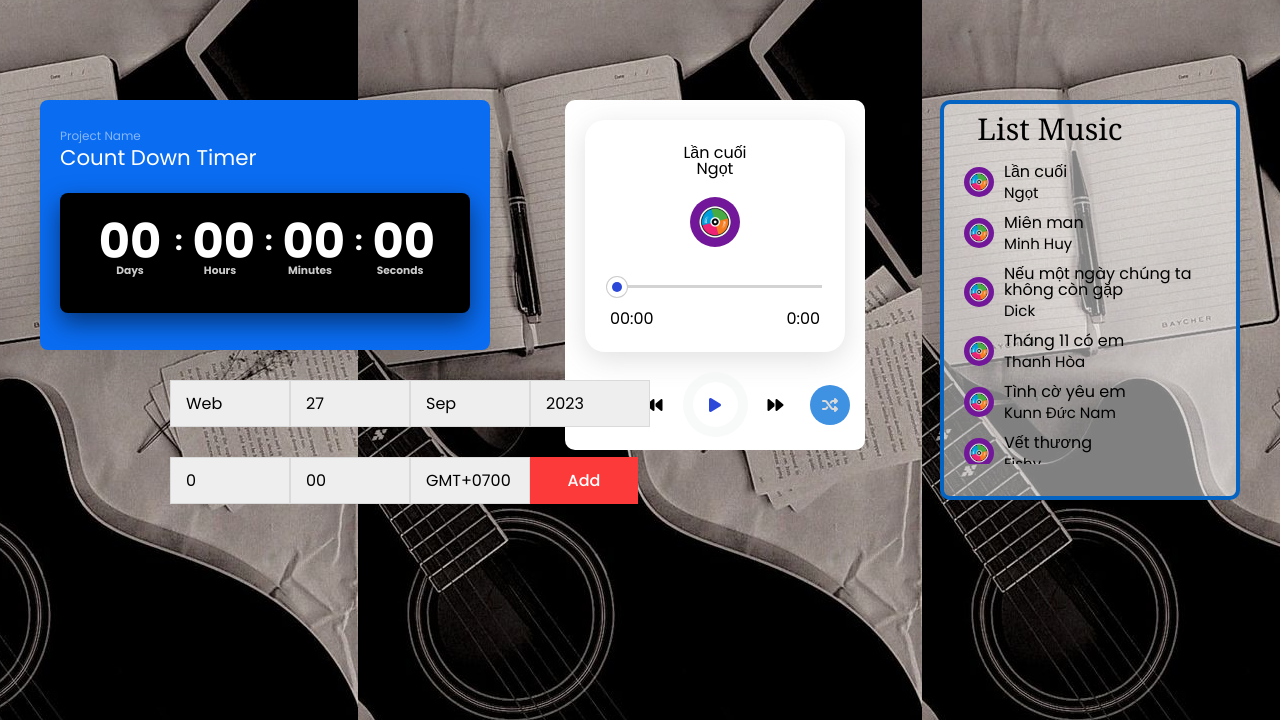
Repository: thuanpham00/CountDownTimer
Page: index.html
These files come from the project's save history. The page is drawn as it stood at one moment and after a run of saves; the edit follows.
The browser window is 1280 px wide. The pictures show the whole page.
Some web libraries are served in a nearby version. The style sheet was rebuilt from its Sass, Less or Tailwind sources for each picture, by a compiler version that may differ from the author's.

Above is the page before, as saved 2023-10-12 22:45:05.

After the next 3 saves:
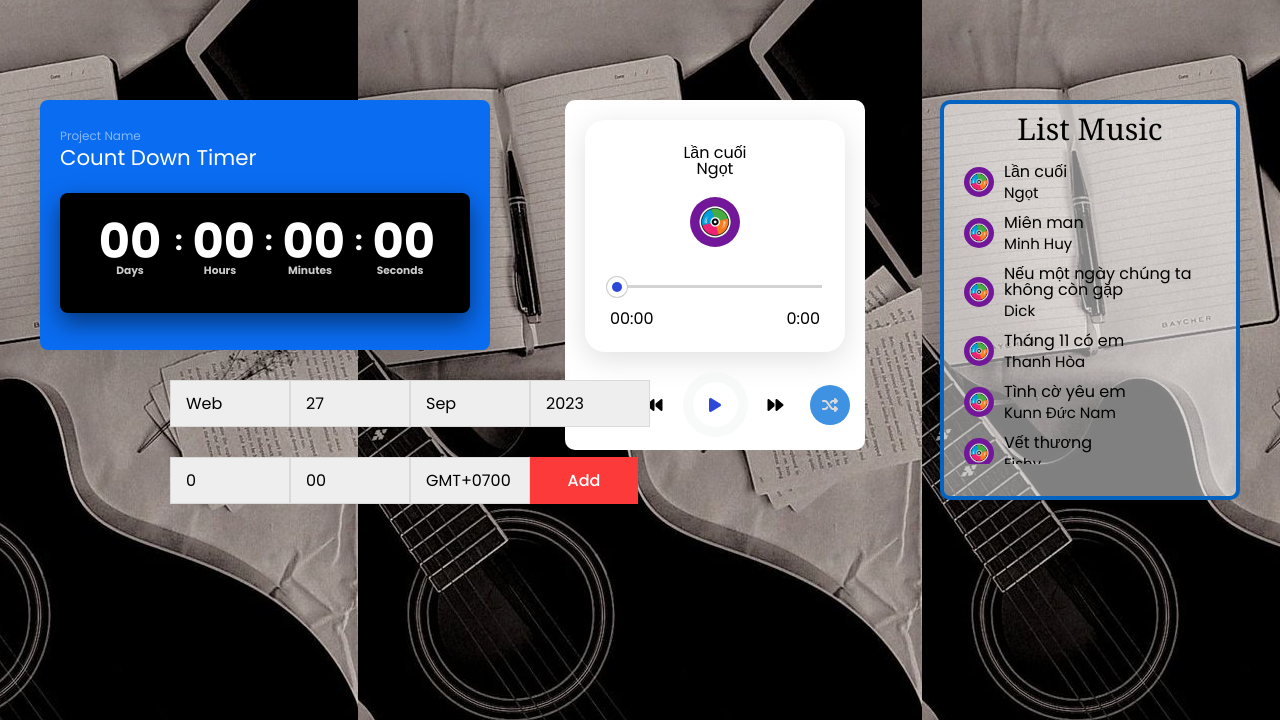
The 3 saves are shown as one change because they came seconds apart.
The last was saved 7 s later.
--- a/scss/main.scss
+++ b/scss/main.scss
@@ -294,7 +294,7 @@ body {
         border: 4px solid rgb(5, 99, 193);
 
         &__title {
-            margin-left: -100px;
+            margin-left: -20px;
             text-align: center;
             font-family: Cambria, Cochin, Georgia, Times, 'Times New Roman', serif;
             font-size: 3rem;
